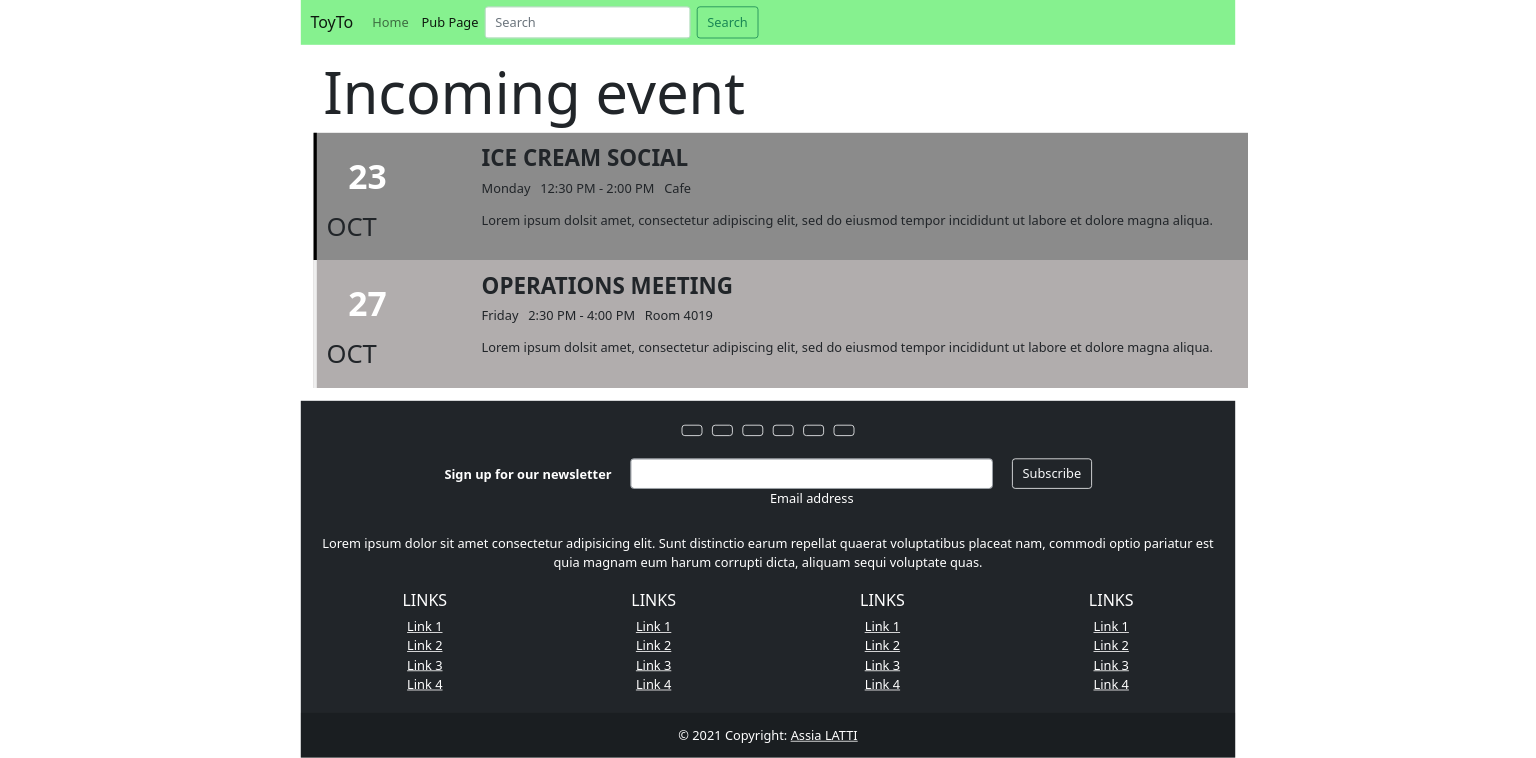
Repository: Omistusama/association
Page: pubpage.html
These files come from the project's save history. The page is drawn as it stood at one moment and after the next save; the edit follows.
The browser window is 1920 px wide. The pictures show the whole page, at 80% of full size.
Some web libraries are served in a nearby version.

Above is the page before, as saved 2021-02-27 09:30:42.

After the next save:
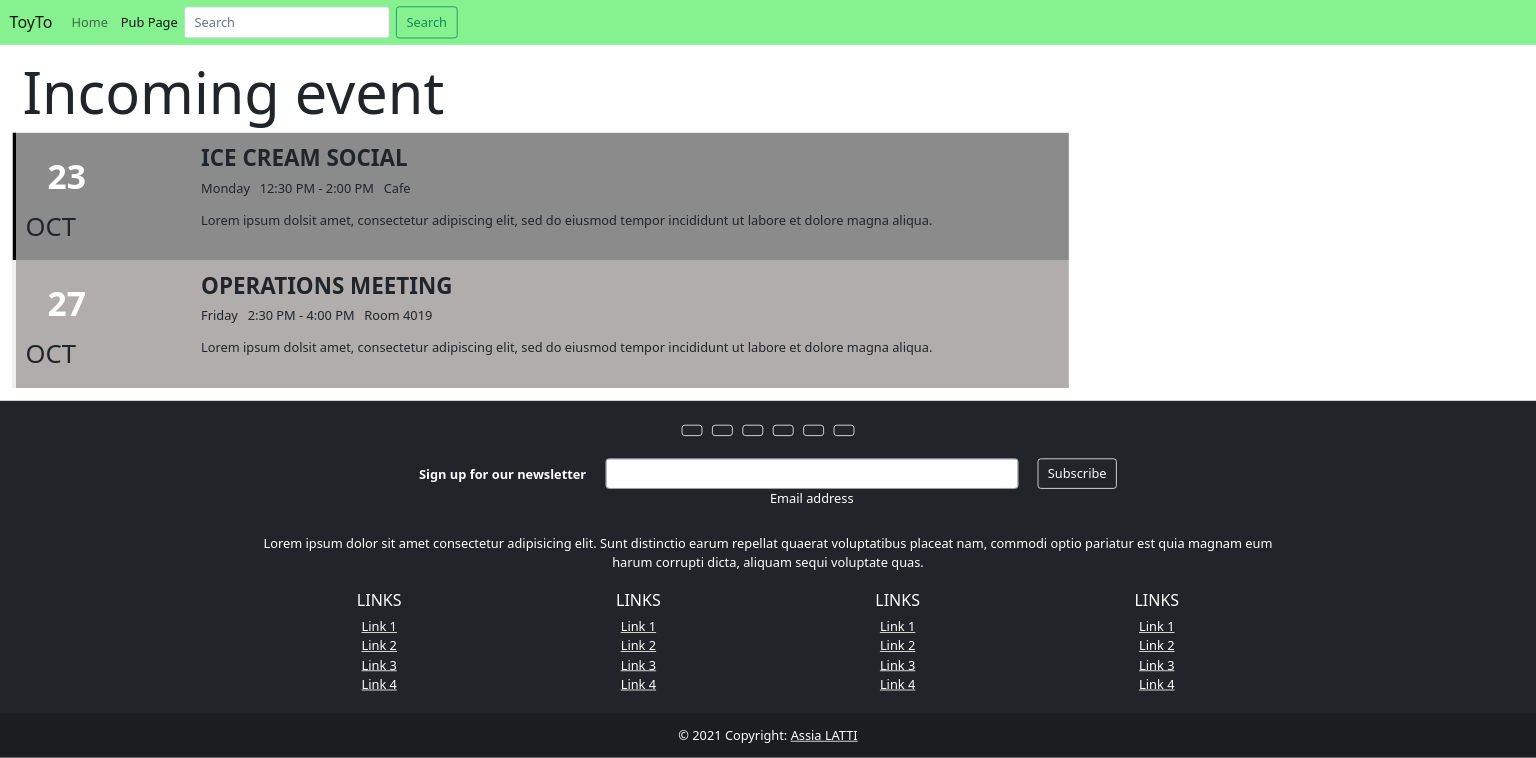
Saved 2 min 13 s later.
--- a/pubpagestyles.css
+++ b/pubpagestyles.css
@@ -1,8 +1,21 @@
+
 @media screen and (min-width:1200px){
   body{
-    margin: 0px auto;
+    margin: 0px ;
     padding:16px auto;
-    max-width:1168px; /* 1200 - 16*2 */
+  }
+}
+@media screen and (min-width:1400px){
+  body{
+    margin: 0px ;
+    padding:16px auto;
+  }
+}
+@media screen and (min-width:1600px){
+  body{
+    margin: 0px ;
+    padding:16px auto;
+    max-width:1968px; /*1200 - 16*2 */
   }
 }
 
